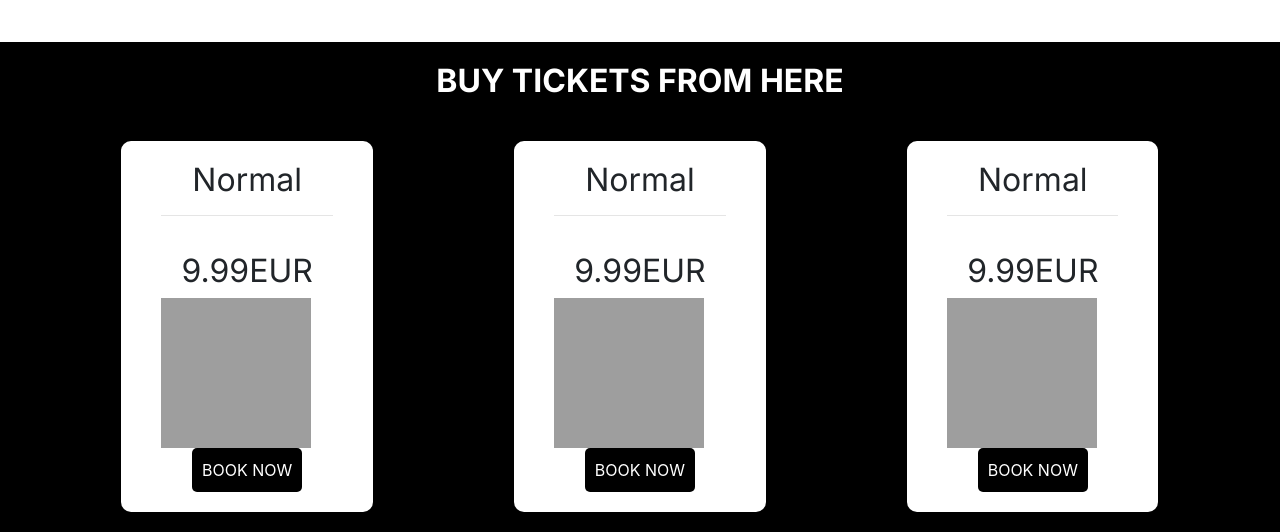
Repository: m-koparanova/MuseumOfCandy
Page: index.html
These files come from the project's save history. The page is drawn as it stood at one moment and after the next save; the edit follows.
The browser window is 1280 px wide. The pictures show the part of the page from y = 1376 to 1968 px (the page is 1908 px tall before and 1968 px after).
Pictures or frames that could not be fetched are drawn as grey boxes. Some web fonts or font styles are not loaded; a fallback is used.

Above is the page before, as saved 2023-03-05 22:44:39.

### index.html
<!DOCTYPE html>
<html lang="en">
<head>
    <meta charset="UTF-8">
    <meta http-equiv="X-UA-Compatible" content="IE=edge">
    <meta name="viewport" content="width=device-width, initial-scale=1.0">
    <title>Document</title>
    <link rel="stylesheet" href="https://cdn.jsdelivr.net/npm/bootstrap@4.6.2/dist/css/bootstrap.min.css" integrity="sha384-xOolHFLEh07PJGoPkLv1IbcEPTNtaed2xpHsD9ESMhqIYd0nLMwNLD69Npy4HI+N" crossorigin="anonymous">

    <link rel="stylesheet" href="style.css">

</head>
<body>
    <nav class="nav-bar">
        <h2 class="logo">MUSEUM OF CANDY</h2>
        <div class="top-nav">

            <ul>
                <li class="nav"><a href="#">Home</a></li>
                <li class="nav"><a href="#">Tickets</a></li>
            </ul>
            <button class="button">Log in</button>
        </div>

    </nav>

    <tbody>
        <div class="image-container">
            <img src="pics\pexels-lisa-fotios-918327.jpg" alt="" class="image">
            <div class="text-container">
                <h3>MUSEUM OF CANDY</h3>
                <hr>
                <p>Here you can enjoy every candy<br>you can think of</p>
            </div>
        </div>

        <div>
            <h2 class="delights-text" id="delights-text">Delights for everyone!</h2>
        </div>

        <div class="gallery">
            <img src="C:\Users\Magda\Desktop\code\pics\pexels-anna-tukhfatullina-food-photographerstylist-2638026.jpg" alt="" width="280" height="355">
            <img src="C:\Users\Magda\Desktop\code\pics\pexels-photo-1775285.webp" alt="" width="280" height="355">
            <img src="C:\Users\Magda\Desktop\code\pics\resized-cookie.jpg" alt="" width="280" height="355">
        </div>

        <h2 class="buy-tickets">BUY TICKETS FROM HERE</h2>
            <div class="ticket-container">
                <div class="ticket">
                    <h2>Normal</h2>
                    <hr>
                    <h2>9.99EUR</h2>

                    <div class="icon">
                        <img src="C:\Users\Magda\Desktop\code\pics\cotton-candy.png" width="150" height="150" alt="">

                    </div>

                    <div class="ticket-button">
                        <button class="book-now">BOOK NOW</button>
                    </div>
                </div>




                <div class="ticket">
                    <h2>Normal</h2>
                    <hr>
                    <h2>9.99EUR</h2>

                    <div class="icon">
                        <img src="C:\Users\Magda\Desktop\code\pics\cotton-candy.png" width="150" height="150" alt="">

                    </div>

                    <div class="ticket-button">
                        <button class="book-now">BOOK NOW</button>
                    </div>
                </div>

                <div class="ticket">
                    <h2>Normal</h2>
                    <hr>
                    <h2>9.99EUR</h2>

                    <div class="icon">
                        <img src="C:\Users\Magda\Desktop\code\pics\cotton-candy.png" width="150" height="150" alt="">

                    </div>

                    <div class="ticket-button">
                        <button class="book-now">BOOK NOW</button>
                    </div>

            </div>
        </div>

    </tbody>


    <script src="https://cdn.jsdelivr.net/npm/jquery@3.5.1/dist/jquery.slim.min.js" integrity="sha384-DfXdz2htPH0lsSSs5nCTpuj/zy4C+OGpamoFVy38MVBnE+IbbVYUew+OrCXaRkfj" crossorigin="anonymous"></script>
    <script src="https://cdn.jsdelivr.net/npm/bootstrap@4.6.2/dist/js/bootstrap.bundle.min.js" integrity="sha384-Fy6S3B9q64WdZWQUiU+q4/2Lc9npb8tCaSX9FK7E8HnRr0Jz8D6OP9dO5Vg3Q9ct" crossorigin="anonymous"></script>

</body>
</html>

### style.css
@import url('https://fonts.googleapis.com/css2?family=Inter:wght@100;200;300;400;500;600;700;800;900&display=swap');
@import url('https://fonts.googleapis.com/css2?family=Italianno&display=swap');


*{
    margin: 0;
    padding: 0;
}

.nav-bar{
    background: black;
}

.logo {
    font-family: 'Inter', sans-serif, bold;
    color: white;
    position: absolute;
    margin-top: 20px;
    margin-left: 20px;
}

.top-nav{
    display: flex;
    align-items: end;
    justify-content: end;
    padding-top: 20px;
    padding-left: 20px;

}

.top-nav ul li{
    display: inline-block;
    list-style-type: none;
    padding-left: 20px;
    padding-right: 20px;
    font-family: 'Inter', sans-serif;
    font-size: 28px;
}

.top-nav ul li a{
    text-decoration: none;
    color: white;
}

.top-nav ul li a:hover{
    color: rgb(215, 5, 5);
    transition: .3s;
}

.button{
    border: none;
    background: white;
    border-radius: 10px;
    padding: 8px 15px 8px 15px;
    margin-right: 30px;
    margin-left: 40px;
    margin-bottom: 15px;
    font-family: 'Inter', sans-serif;
    text-align: center;
}

.button:hover{
    background: rgb(215, 5, 5);
    color: white;
}

.image-container {
    position: relative;
    text-align: center;
}

.image{
    object-fit: cover;
    width: 100%;
    height: 700px;
}

.text-container{
    position: absolute;
    bottom: 30px;
    left: 30px;
    background: white;
    opacity: 90%;
    padding: 40px 40px 40px 40px ;
}

.image-container div hr{
    border-width: 3px;
    opacity: 100%;
    background: red;
}
.image-container div h3{
    font-family: "Inter", sans-serif;
    font-size: 36px;
    font-weight: 700;
}

.image-container div p{
    font-family: 'Italianno', cursive;
    font-size: 38px;
    margin-top: 30px;
    margin-bottom: 0px;
}

.delights-text{
    font-family: 'Italianno', cursive;
    text-align: center;
    margin: 40px 0px 40px 0px;
    font-size: 100px;
}

.gallery{
    display: flex;
    justify-content: space-evenly;
}

.gallery img{
    width: 20%;
    margin: calc(20%/6);
}

.buy-tickets{
    background-color: black;
    color: white;
    font-family: 'Inter', sans-serif;
    font-size: 32px;
    padding: 20px;
    text-align: center;
    font-weight: 700;
    margin: 0px;
}

.ticket-container{
    background: black;
    display: flex;
    position: relative;
    align-items: center;
    justify-content: space-evenly;

}

.ticket{
    background: white;
    margin: 20px;
    padding-left: 40px;
    padding-right: 40px;
    padding-bottom: 20px;
    border-radius: 10px;

}

.ticket h2{
    text-align: center;
    font-family: 'Inter', sans-serif;
    font-weight: 400;
    top: 10px;
    padding: 20px 20px 0px 20px;

}

.ticket hr{

}
.ticket-button{
    margin: 0px;
    padding: 0px;
    text-align: center;

}

.book-now{
    border: none;
    background: black;
    color: white;
    border-radius: 5px;
    padding: 10px;

}

After the next save:
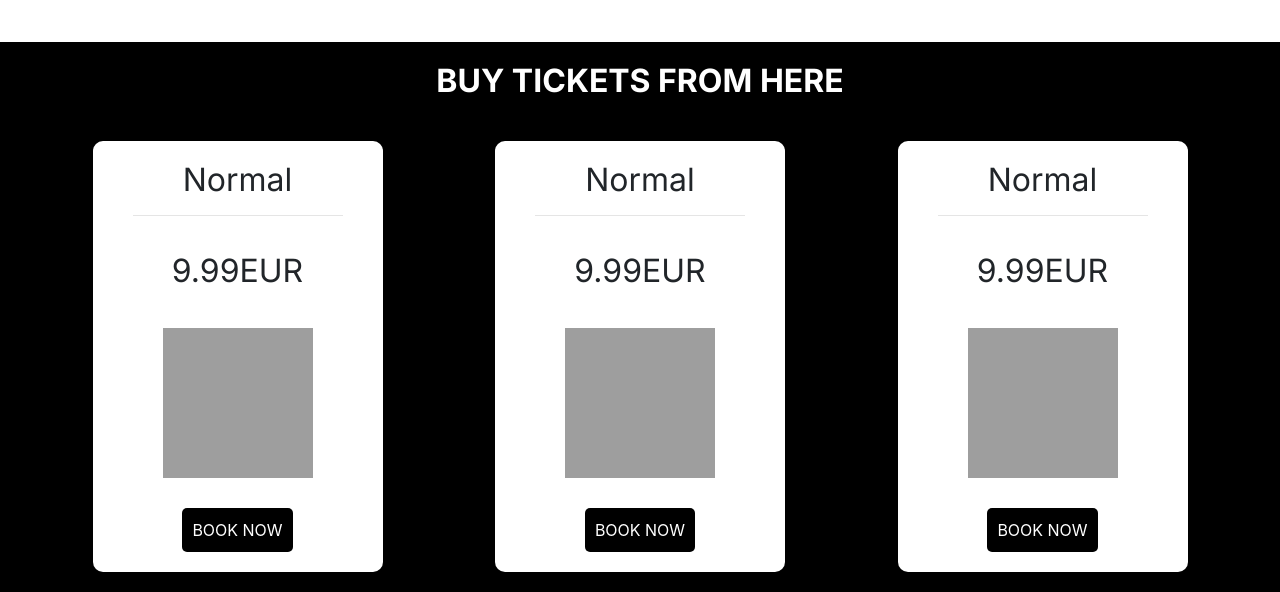
Saved 39 s later.
--- a/style.css
+++ b/style.css
@@ -158,8 +158,8 @@
 
 }
 
-.ticket hr{
-
+.icon{
+    padding: 30px;
 }
 .ticket-button{
     margin: 0px;
